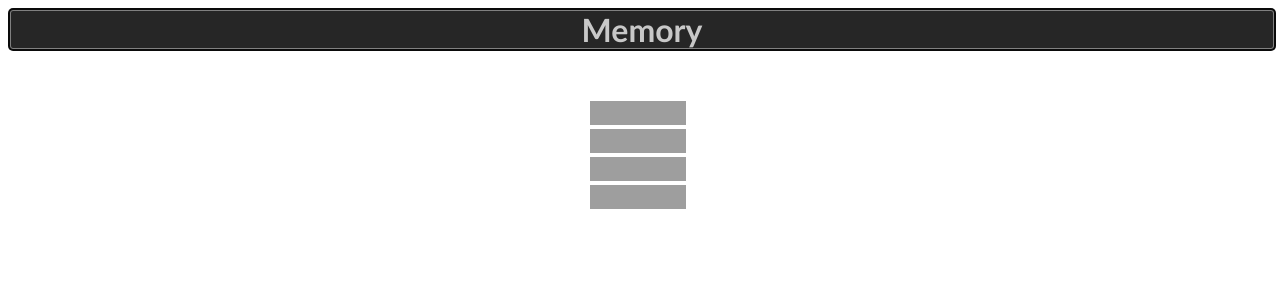
Repository: sk222sw/1dv403-laborationer
Page: 3-gameon/index.html
The author's editor kept a record of every edit. The page is drawn from the files as they stood at one moment, then again after the next edit.
The browser window is 1280 px wide. The pictures show the whole page.
Pictures or frames that could not be fetched are drawn as grey boxes.

Above is the page before.

### 3-gameon/index.html
<!DOCTYPE html>
<html>
    <head>
        <link rel="stylesheet" href="memory/css/css.css" type="text/css" />
        <title>Memory</title>
        <meta charset="utf-8">
    </head>
    <body>
        <div id="content">
            <header>
                <h1>Memory</h1>
            </header>

            <main>
                <section id="memory">
                    <p id="tries">Antal försök: 0</p>
                </section>
            </main>

        </div>
        <script type="text/javascript" src="memory/script/random.js"></script>
        <script type="text/javascript" src="memory/script/memory.js"></script>
    </body>
</html>

### 3-gameon/memory/css/css.css
content {
    width: 50%;
    height: 99%;
}

header {
    width: 100%;
    margin: 0 auto;

    border: solid rgba(0,0,0, 0.75) 2px;
    box-shadow:0px 0px 0px 1px gray inset;


    border-radius: 5px;

    background-color: rgba(0, 0, 0, 0.85);
}

header h1 {
    margin: 0 auto;
    text-align: center;
    color: rgba(265, 265, 265, 0.75);
    font-family: "Estrangelo Edessa", "Candara", sans-serif;
}

main {
    position:relative;
    margin: 0 auto;
    width: 65%;
    height: 90%;
}

#memory {
    margin-left: auto;
    margin-right: auto;
    position: relative;

    width: 100px;
}

p {
    color: white;
}

.defaultImage {
    background-image:url(../pics/0.png);
    height: 24px;
    width: 24px;
}

### 3-gameon/memory/script/random.js
"use strict"

var RandomGenerator = {

	/*
		Denna metod tar antalet rader och columner som inparameter.

		Metoden returnerar en array inneh�llandes utslumpade tal mellan 1 och (rows*cols)/2. Varje tal representeras tv�
		g�nger och motsvarar s�ledes en spelbricka.

		I en 4*4 matris kan Arrayen t.ex. se ut s� h�r:
		[1,2,6,8,6,2,5,3,1,3,7,5,8,4,4,7]

		I en 2*4 matris kan Arrayen t.ex. se ut s� h�r:
		[3,4,4,1,2,1,2,3]
	*/

	getPictureArray: function(rows, cols)
	{
		var numberOfImages = rows*cols;
		var maxImageNumber = numberOfImages/2;

	   	var imgPlace = [];

	   //Utplacering av bilder i Array
	   for(var i=0; i<numberOfImages; i++)
		  imgPlace[i] = 0;

		for(var currentImageNumber=1; currentImageNumber<=maxImageNumber; currentImageNumber++)
		{
			var imageOneOK = false;
			var imageTwoOK = false;

			do
			{
				if(imageOneOK == false)
				{
					var randomOne = Math.floor( (Math.random() * (rows*cols-0) + 0) );

					if( imgPlace[randomOne] == 0 )
					{
						imgPlace[randomOne] = currentImageNumber;
						imageOneOK = true;
					}
				}

				if(imageTwoOK == false)
				{
					var randomTwo = Math.floor( (Math.random() * (rows*cols-0) + 0) );

					if( imgPlace[randomTwo] == 0 )
					{
						imgPlace[randomTwo] = currentImageNumber;
						imageTwoOK = true;
					}
				}
			}
			while(imageOneOK == false || imageTwoOK == false);
		}

		return imgPlace;
	}
}

### 3-gameon/memory/script/memory.js
"use strict";

// Inspiration för "twoCardArray"-strukturen
// http://www.developphp.com/view.php?tid=1393

var Memory = {
    turned: 0,
    maxTurned: null,    //används för att kolla när man vinner.
    twoCardArray: [],
    cardPosition: [],
    counter: 0,

    init: function(){
        var cols = 4;
        var rows = 4;
        var picArray = RandomGenerator.getPictureArray(cols, rows);
        Memory.maxTurned = cols * rows;    //håller reda på hur många brickor
                                           //som ska vara vända när man vinner.
        Memory.generateAll(picArray);
    },

    newGame: function(){
        var cols = 4;
        var rows = 4;
        var picArray = RandomGenerator.getPictureArray(cols, rows);
        var maxTurned = cols * rows;
    },

    //Loopar igenom arrayen och skickar med indexet till generatePic()
    generateAll: function(picArray) {
        for (var i = 0; i < picArray.length; i++) {
            var thisPic = picArray[i];
            var picValue = i;
            Memory.generatePic(thisPic, picValue);
        }
        return false;
    },
 //------------------------------------------------------------------------------------------------------
    //Genererar en bild med dess attribut
    generatePic: function(thisPic, picValue) {
        var memory = document.getElementById("memory");
        var aTag = document.createElement("a");
        var picture = document.createElement("img");

        aTag.setAttribute("href", "#");
        aTag.setAttribute("rel", "thisPic")
        picture.setAttribute("id", "picture" + picValue);
        picture.setAttribute("src", "memory/pics/0.png");
        picture.setAttribute("value", thisPic);
        picture.setAttribute("class", "defaultImage");

        var picSource = picture.src;

        memory.appendChild(aTag);
        aTag.appendChild(picture);

            picture.onclick = function() {
                if (Memory.twoCardArray.length < 2) {

                        if (picture.src === picSource) {

                            picture.removeAttribute("src");
                            picture.setAttribute("src", "memory/pics/" + thisPic + ".png");

                            //Om ingen bricka är vänd än
                            if (Memory.twoCardArray.length === 0) {

                                Memory.twoCardArray.push(picValue);
                                Memory.cardPosition.push(thisPic);

                            } else if (Memory.twoCardArray.length === 1) {

                                Memory.twoCardArray.push(picValue);
                                Memory.cardPosition.push(thisPic);

                                if (Memory.cardPosition[0] === Memory.cardPosition[1]) {
                                    //Två matchande brickor
                                    Memory.matchingBricks();
                                    Memory.twoCardArray = [];
                                    Memory.cardPosition = [];

                                } else if(Memory.twoCardArray.length === 2) {
                                    //Vänd tillbaka
                                    Memory.flipBricks();
                                }
                            }
                        }   else if(Memory.twoCardArray.length === 2) {
                            Memory.flipBricks();
                        }
                }  else {
                        return 0;
                }

                Memory.countTries();
            }; //onclick stop

        return false;
    },

    countTries: function(){
        var tries = document.getElementById("tries");
        var counter = 0;
        counter++;
        tries.innerHTML = "Antal försök: " + counter;
    },

    flipBricks: function(){
        setTimeout(function(){
            var pic1 = document.getElementById("picture" + Memory.twoCardArray[0]);
            var pic2 = document.getElementById("picture" + Memory.twoCardArray[1]);

            pic1.setAttribute("src", "memory/pics/0.png");
            pic2.setAttribute("src", "memory/pics/0.png");
            Memory.twoCardArray = [];
            Memory.cardPosition = [];
        }, 800);
    },

    //När två brickor matchas körs denna funktion:
    matchingBricks: function(thisPic) {
            Memory.turned += 2;

        if (Memory.turned === Memory.maxTurned) {
            alert("Du vann!");
        }
    }
};

window.onload = Memory.init;

After the next edit:
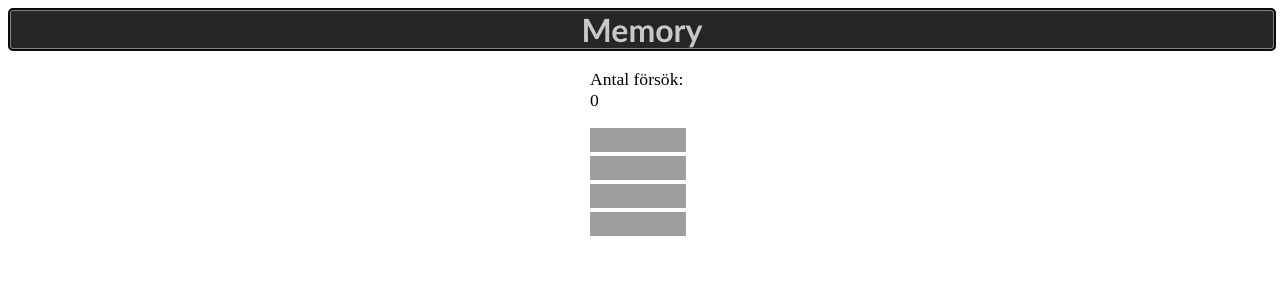
The edit:
--- a/3-gameon/memory/css/css.css
+++ b/3-gameon/memory/css/css.css
@@ -38,8 +38,8 @@
     width: 100px;
 }
 
-p {
-    color: white;
+#tries {
+    font-size: 1.1em;
 }
 
 .defaultImage {
